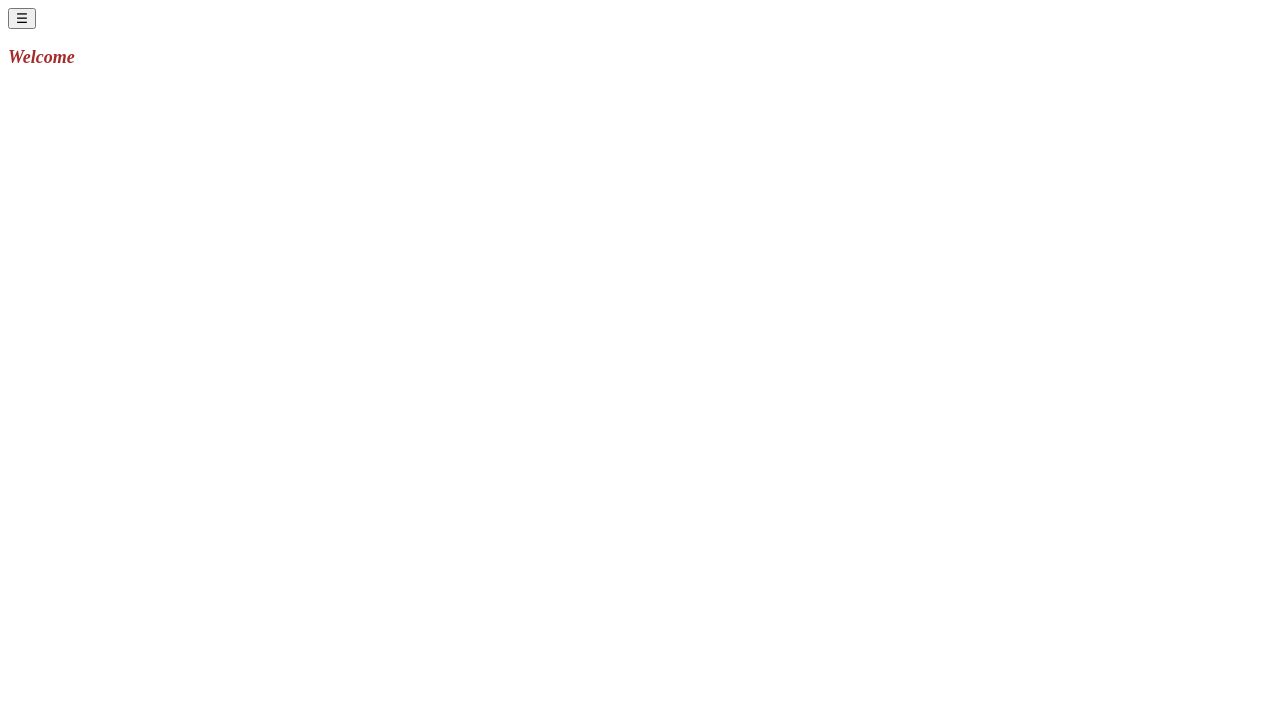
Repository: Lindmark/RPGHelper
Page: index.html
These files come from the project's save history. The page is drawn as it stood at one moment and after the next save; the edit follows.
The browser window is 1280 px wide. The pictures show the whole page.
After loading, the first visible `button.openbtn` was clicked once.

Above is the page before, as saved 2023-05-14 18:45:47.
Console error: TypeError: Cannot read properties of null (reading 'style')

### index.html
<!DOCTYPE html>
<!--[if lt IE 7]>      <html class="no-js lt-ie9 lt-ie8 lt-ie7"> <![endif]-->
<!--[if IE 7]>         <html class="no-js lt-ie9 lt-ie8"> <![endif]-->
<!--[if IE 8]>         <html class="no-js lt-ie9"> <![endif]-->
<!--[if gt IE 8]>      <html class="no-js"> <!--<![endif]-->
<html>
    <head>
        <script>
            var subjectObject = {
              "Eon": {
                "Slumptabeller": ["Träfftabeller", "Skador", "Händelser"],
                "Ark": ["Karaktärsblad", "Magiblad"],
                "Tärningsgenerator":[]
              },
              "Back-end": {
                "PHP": ["Variables", "Strings", "Arrays"],
                "SQL": ["SELECT", "UPDATE", "DELETE"]
              }
            }
            window.onload = function() {
              var subjectSel = document.getElementById("Spelsystem");
              var topicSel = document.getElementById("Verktyg");
              var chapterSel = document.getElementById("Verktygskategori");
              for (var x in subjectObject) {
                subjectSel.options[subjectSel.options.length] = new Option(x, x);
              }
              subjectSel.onchange = function() {
                //empty Chapters- and Topics- dropdowns
                chapterSel.length = 1;
                topicSel.length = 1;
                //display correct values
                for (var y in subjectObject[this.value]) {
                  topicSel.options[topicSel.options.length] = new Option(y, y);
                }
              }
              topicSel.onchange = function() {
                //empty Chapters dropdown
                chapterSel.length = 1;
                //display correct values
                var z = subjectObject[subjectSel.value][this.value];
                for (var i = 0; i < z.length; i++) {
                  chapterSel.options[chapterSel.options.length] = new Option(z[i], z[i]);
                }
              }
            }
            function openNav() {
              document.getElementById("sidenav").style.width = "250px";
            }
            function closeNav() {
              document.getElementById("sidenav").style.width = "0";
            }
            </script>
        <meta charset="utf-8">
        <meta http-equiv="X-UA-Compatible" content="IE=edge">
        <title>Welcome page</title>
        <meta name="description" content="">
        <meta name="viewport" content="width=device-width, initial-scale=1">
        <link rel="stylesheet" href="style.css">
    </head>
    <body>
        <header>

        </header>
        <button class="openbtn" onclick="openNav()">☰</button>

        <div class="sidenav" id="sideNav">
            <a href="javascript:void(0)" class="closebtn" onclick="closeNav()">×</a>
            <a href="#about">Hem</a>
            <a href="#services"></a>
            <a href="#clients">Clients</a>
            <a href="#contact">Contact</a>
            <form name="form1" id="form1" action="/action_page.php">
                Spelsystem: <select name="subject" id="Spelsystem">
                    <option value="" selected="selected">Välj spelsystem</option>
                  </select>
                  <br><br>
                Verktyg: <select name="topic" id="Verktyg">
                    <option value="" selected="selected">Välj spelsystem först</option>
                  </select>
                  <br><br>
                  Verktygskagetgori: <select name="topic" id="Verktygskategori">
                    <option value="" selected="selected">Välj Verktyg</option>
                  </select>
                  <br><br>
                  <input type="submit" value="Submit">
                </form>
          </div>
        <div class="welcomeBox">
            <p>
                Welcome
            </p>

        </div>
        <!--[if lt IE 7]>
            <p class="browsehappy">You are using an <strong>outdated</strong> browser. Please <a href="#">upgrade your browser</a> to improve your experience.</p>
        <![endif]-->

        <script src="" async defer></script>
    </body>
</html>

### style.css
.welcomeBox{
    color:brown;
    font-size: large;
    font-weight: bold;
    font-style: italic;
}
.sidenav {
    height: 100%;
    width: 0px;
    position: fixed;
    z-index: 1;
    top: 0;
    left: 0;
    background-color: #111;
    color: #818181;
    overflow-x: hidden;
    padding-top: 20px;
  }

  .sidenav a {
    padding: 6px 8px 6px 16px;
    text-decoration: none;
    font-size: 25px;
    color: #818181;
    display: block;
  }

  .sidenav a:hover {
    color: #f1f1f1;
  }

  .main {
    margin-left: 160px; /* Same as the width of the sidenav */
    font-size: 28px; /* Increased text to enable scrolling */
    padding: 0px 10px;
  }

  @media screen and (max-height: 450px) {
    .sidenav {padding-top: 15px;}
    .sidenav a {font-size: 18px;}
  }

After the next save:
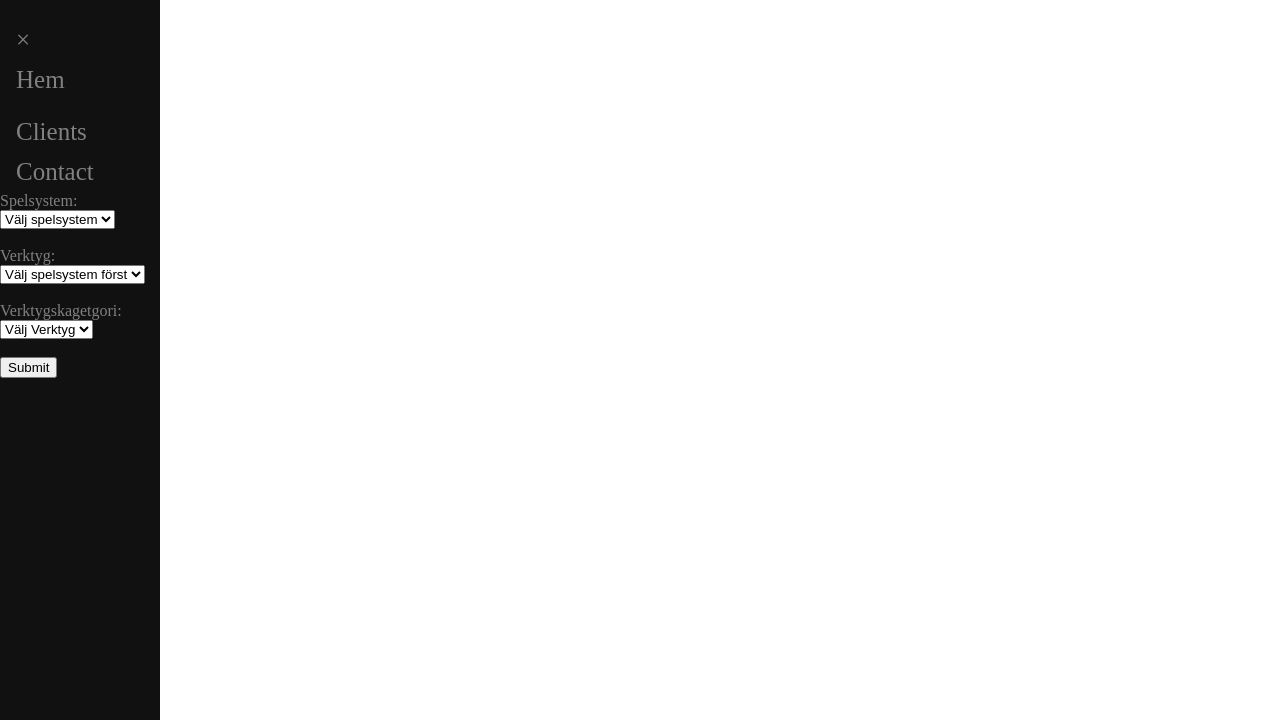
The error is gone.
Saved 3 min 39 s later.
--- a/index.html
+++ b/index.html
@@ -44,10 +44,10 @@
               }
             }
             function openNav() {
-              document.getElementById("sidenav").style.width = "250px";
+              document.getElementById("sideNav").style.width = "160px";
             }
             function closeNav() {
-              document.getElementById("sidenav").style.width = "0";
+              document.getElementById("sideNav").style.width = "0";
             }
             </script>
         <meta charset="utf-8">
